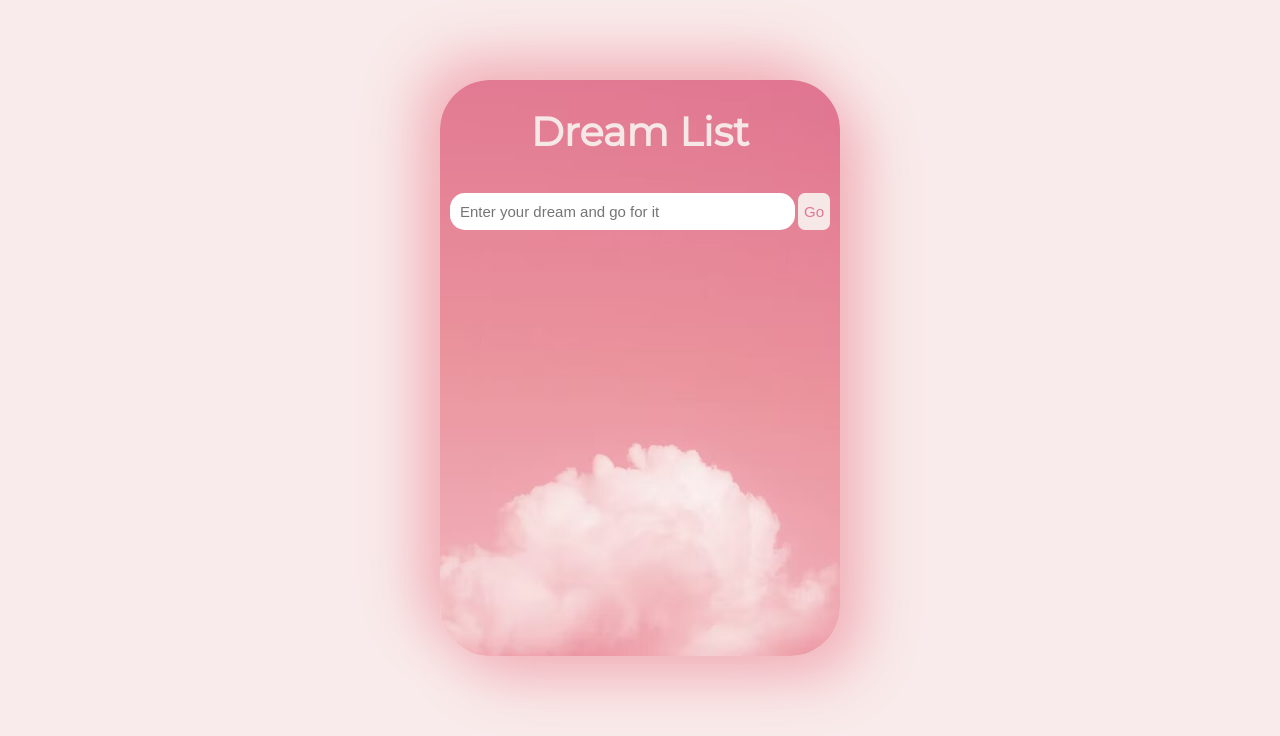
Repository: asya-aisa/grocery-list
Page: /
An editor plug-in stored every save of this project. The page is shown before and after a run of saves, followed by the edit.
The browser window is 1280 px wide. The pictures show the whole page.
The project was rebuilt for these pictures with package versions that can differ from the ones it lists, and the page was loaded fresh each time.

Above is the page before, as saved 2023-07-14 16:29:56.

### public/index.html
<!DOCTYPE html>
<html lang="en">
  <head>
    <meta charset="utf-8" />
    <link rel="icon" href="%PUBLIC_URL%/favicon.ico" />
    <meta name="viewport" content="width=device-width, initial-scale=1" />
    <meta name="theme-color" content="#000000" />
    <meta
      name="description"
      content="Web site created using create-react-app"
    />
    <link rel="apple-touch-icon" href="%PUBLIC_URL%/logo192.png" />
    <!--
      manifest.json provides metadata used when your web app is installed on a
      user's mobile device or desktop. See https://developers.google.com/web/fundamentals/web-app-manifest/
    -->
    <link rel="manifest" href="%PUBLIC_URL%/manifest.json" />
    <link rel="preconnect" href="https://fonts.googleapis.com">
    <link rel="preconnect" href="https://fonts.gstatic.com" crossorigin>
    <link href="https://fonts.googleapis.com/css2?family=Montserrat:ital@0;1&display=swap" rel="stylesheet">
    <!--
      Notice the use of %PUBLIC_URL% in the tags above.
      It will be replaced with the URL of the `public` folder during the build.
      Only files inside the `public` folder can be referenced from the HTML.

      Unlike "/favicon.ico" or "favicon.ico", "%PUBLIC_URL%/favicon.ico" will
      work correctly both with client-side routing and a non-root public URL.
      Learn how to configure a non-root public URL by running `npm run build`.
    -->
    <title>React App</title>
  </head>
  <body>
    <noscript>You need to enable JavaScript to run this app.</noscript>
    <div id="root"></div>
    <!--
      This HTML file is a template.
      If you open it directly in the browser, you will see an empty page.

      You can add webfonts, meta tags, or analytics to this file.
      The build step will place the bundled scripts into the <body> tag.

      To begin the development, run `npm start` or `yarn start`.
      To create a production bundle, use `npm run build` or `yarn build`.
    -->
  </body>
</html>

### src/App.js

import './App.css';
import { DreamList } from './DreamList';

function App() {
  return (
    <div className="App">
      <div className='container'>
        <h1>Dream List</h1>
      </div>
      <DreamList />
    </div>
  );
}

export default App;

### src/App.css
.App {
  background-image: url(fon-img.jpg);
  background-position: center;
  background-size: cover;
  background-repeat: no-repeat;
  width: 400px;
  min-height: 80vh;
  margin: 80px auto;
  border-radius: 50px;
  box-shadow:  20px 20px 60px #f1b0b8,
             -20px -20px 60px #f1b0b8;
}
body {
  background-color: #f9ebeb;
}
.container {
  display: flex;
  justify-content: center;
}
h1 {
  color:#f6e8e7;
  font-size: 40px;
  font-family: 'Montserrat', sans-serif;
}

input {
  flex: 1;
  padding: 10px;
  font-size: 15px;
  border: none;
  border-radius: 15px;
  outline: none;
  color: #e17692;
}
::placeholder {

}

.container-input {
  display: flex;
  justify-content: center;
  margin: 10px;
}

.btn-add {
  border: none;
  font-size: 15px;
  border-radius: 7px;
  background-color: #f6e8e7;
  color: #e17692;
  margin-left: 3px;
}

### src/DreamList.js
import { Component } from "react";

export class DreamList extends Component {

    state = {
        inputDream: '',
        dreamList: []
    }

    upDateInput(e) {
        this.setState({
            inputDream: e
        })
    }
    AddDream(input) {
        let dreamArray = this.state.dreamList;
        dreamArray.push(input);
        this.setState({dreamList: dreamArray, inputDream: ''})
    }

    DeleteItem(number) {
        let dreamArray = this.state.dreamList;
        dreamArray.splice(number,1);
        this.setState({dreamList: dreamArray})
    }





    render() {
        return <div>
            <div className="container-input">
              <input type="text" placeholder="Enter your dream and go for it"
              onChange={(e) => {this.upDateInput(e.target.value)}}
              value={this.state.inputDream}/>

              <button className="btn-add" onClick={() => this.AddDream(this.state.inputDream)}>Go</button>
            </div>


            <ul>
                {this.state.dreamList.map((item, index) => (
                    <li key={index}>
                        {item}
                        <button>Done</button>
                        <button onClick={() => this.DeleteItem(index)}>Delete</button>
                    </li>
                ))}
            </ul>
        </div>
    }
}

Loaded but not shown: src/index.js (common file); src/reportWebVitals.js (common file)

After the next 3 saves:
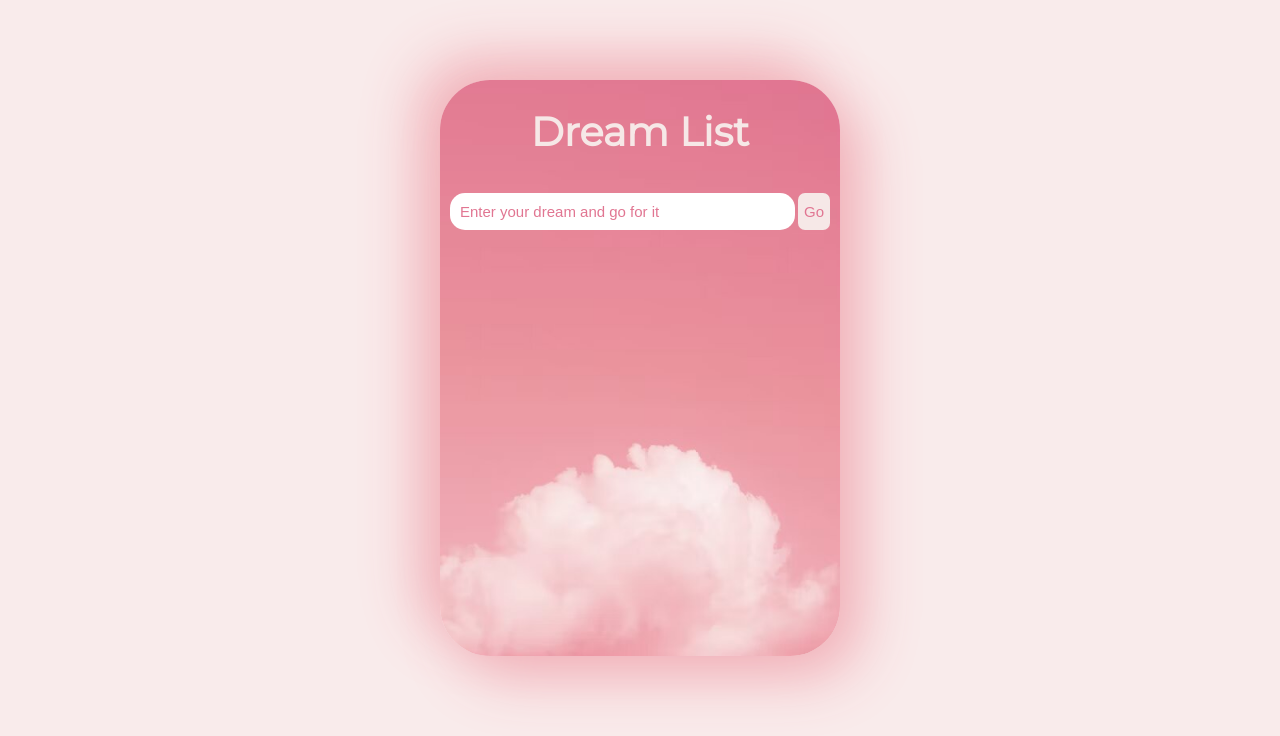
The 3 saves are shown as one change because they came seconds apart.
The last was saved 6 s later.
--- a/src/App.css
+++ b/src/App.css
@@ -33,7 +33,7 @@ input {
   color: #e17692;
 }
 ::placeholder {
-
+  color: #e17692;
 }
 
 .container-input {
